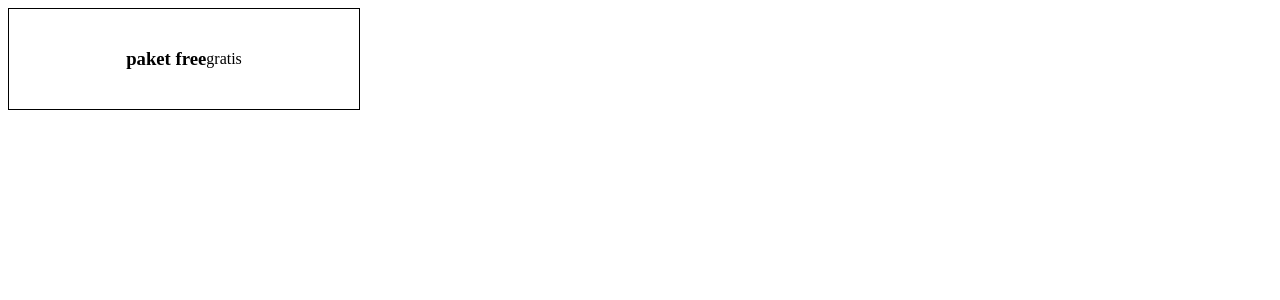
Repository: AHSANS354/tugas-sib5
Page: tugas css/index.html
An editor plug-in stored every save of this project. The page is shown before and after the next save, followed by the edit.
The browser window is 1280 px wide. The pictures show the whole page.

Above is the page before, as saved 2023-08-29 12:14:43.

After the next save:
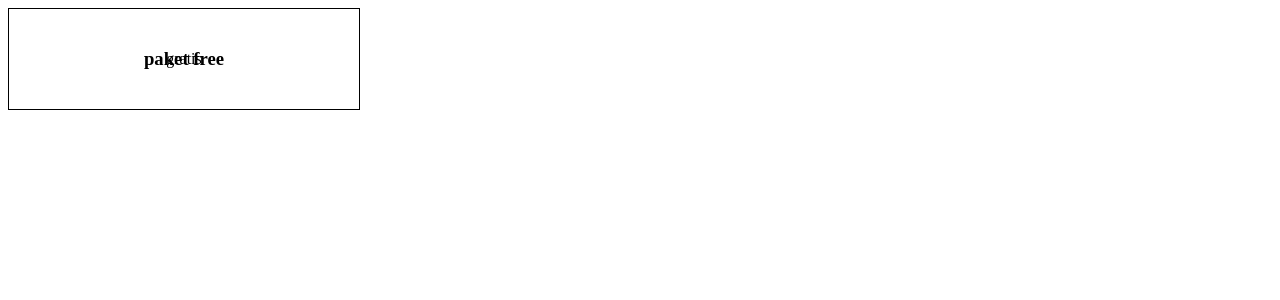
Saved 6 min 49 s later.
--- a/tugas css/style.css
+++ b/tugas css/style.css
@@ -6,3 +6,7 @@
   justify-content: center;
   align-items: center;
 }
+
+p {
+  position: absolute;
+}

After the save that followed:
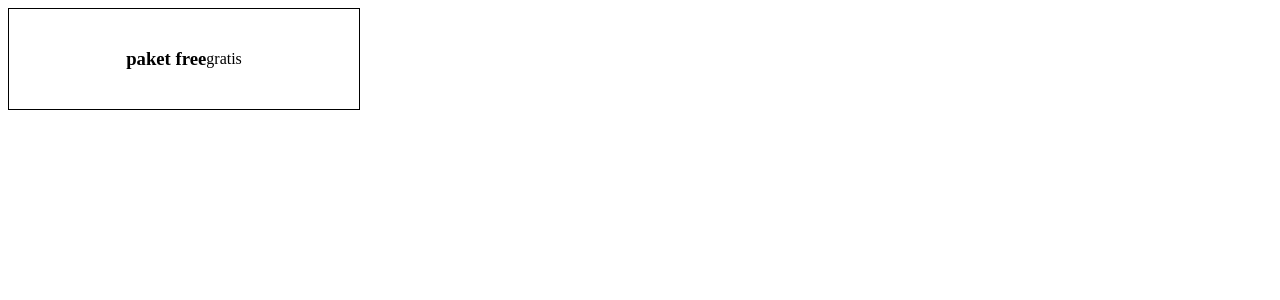
Saved 39 s later.
--- a/tugas css/style.css
+++ b/tugas css/style.css
@@ -6,7 +6,3 @@
   justify-content: center;
   align-items: center;
 }
-
-p {
-  position: absolute;
-}
